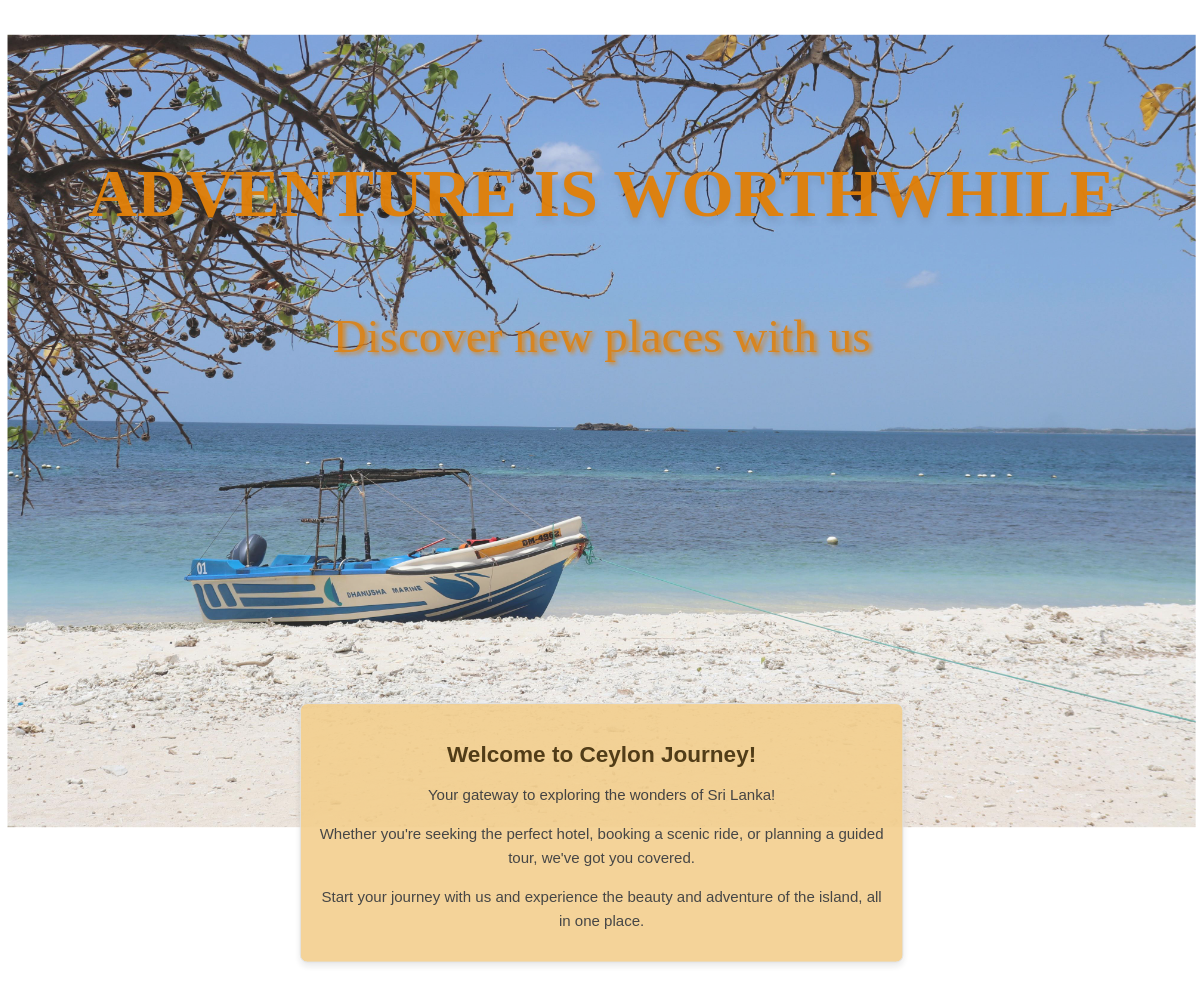
Repository: KasunInd27/Ceylon-Journey
Page: Home/home.html
These files come from the project's save history. The page is drawn as it stood at one moment and after the next save; the edit follows.
The browser window is 1280 px wide. The pictures show the whole page, at 94% of full size.

Above is the page before, as saved 2024-10-05 14:50:14.
Console error: SyntaxError: Unexpected token '<'

After the next save:
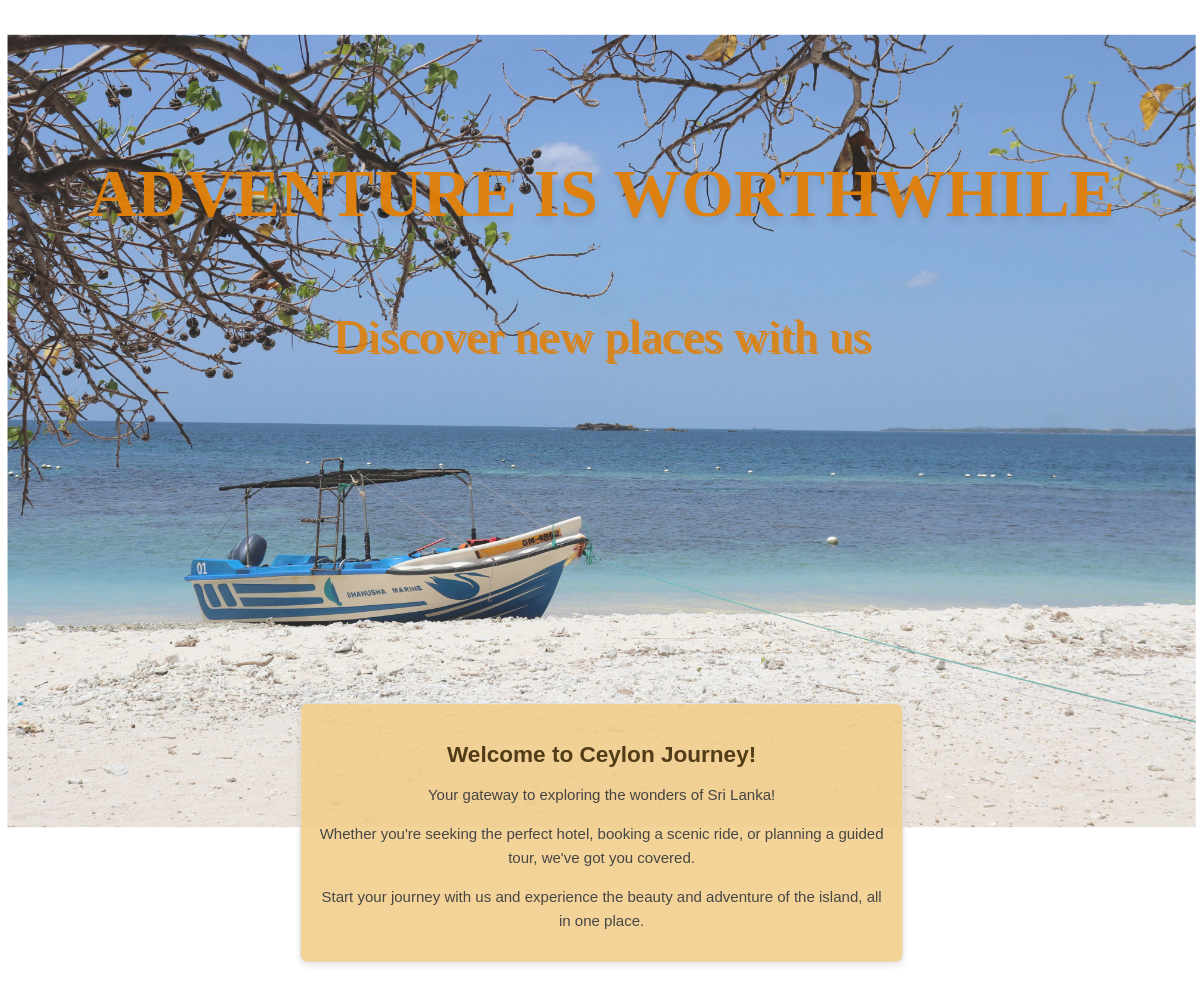
Saved 13 s later.
--- a/Home/CSS/home.css
+++ b/Home/CSS/home.css
@@ -25,7 +25,7 @@
 .content
 {
     margin-top: -200px;
-    text-shadow: 3px 3px 5px;
+    text-shadow: 3px 3px 0px;
 }
 
 #home {
